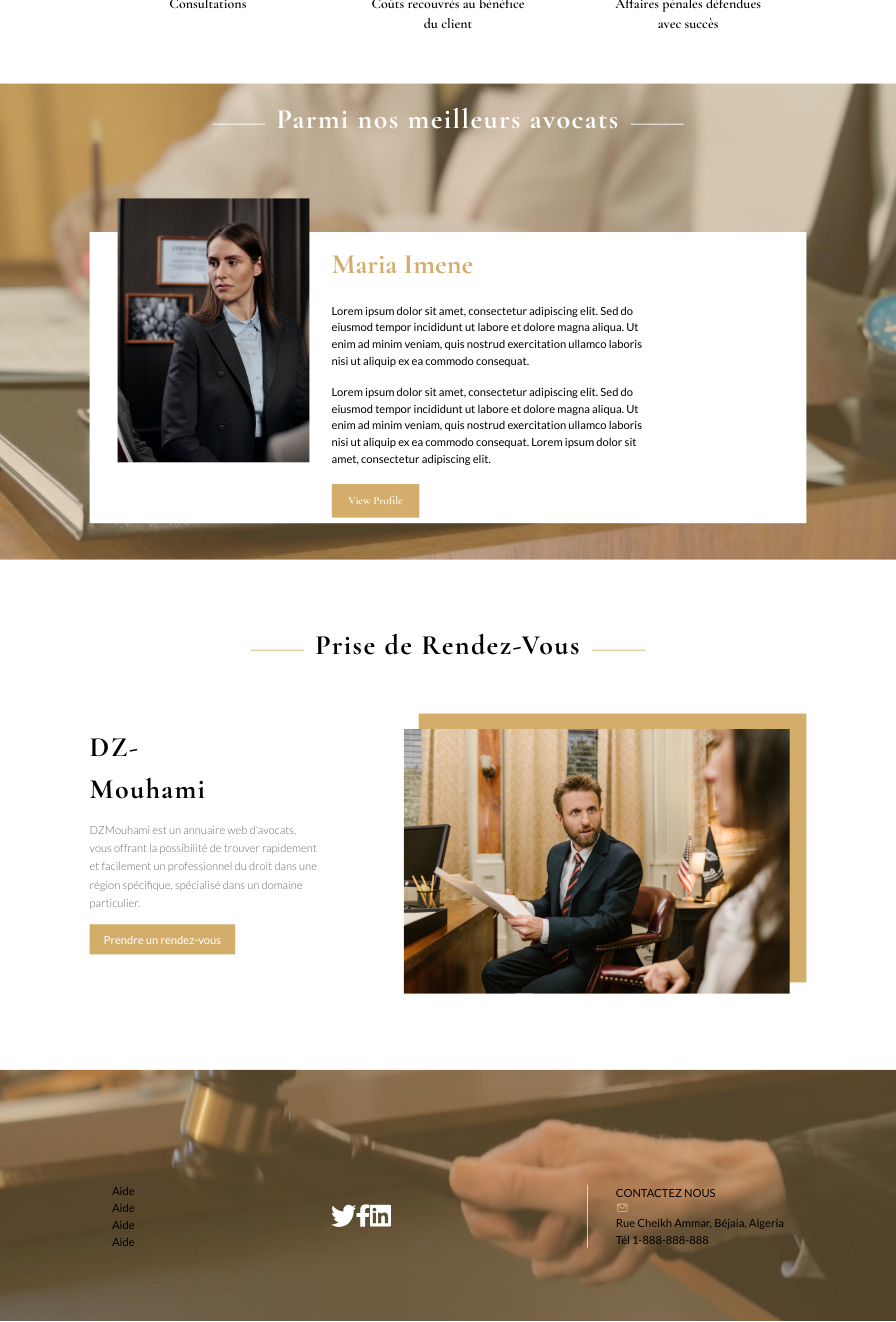
Repository: Chekrouba-Tinhinane/Mohami_dz
Page: / (app in client/)
The author's editor kept a copy of each file at every save. The page is drawn from the files as they stood at one save, then again after the next save.
The browser window is 1280 px wide. The pictures show the part of the page from y = 2348 to 4268 px (the page is 4236 px tall before and 4268 px after), at 70% of full size.
The project was rebuilt for these pictures with package versions that can differ from the ones it lists, and the page was loaded fresh each time. Also part of the build but not shown: client/vite.config.js, client/src/SignIn.jsx, client/src/components/Selector.jsx, client/src/components/SearchContainer.jsx, client/src/Search.jsx, client/src/components/super/HomeLayout.jsx, client/src/components/Profile.jsx.

Above is the page before, as saved 2024-01-25 18:07:46.

After the next save:
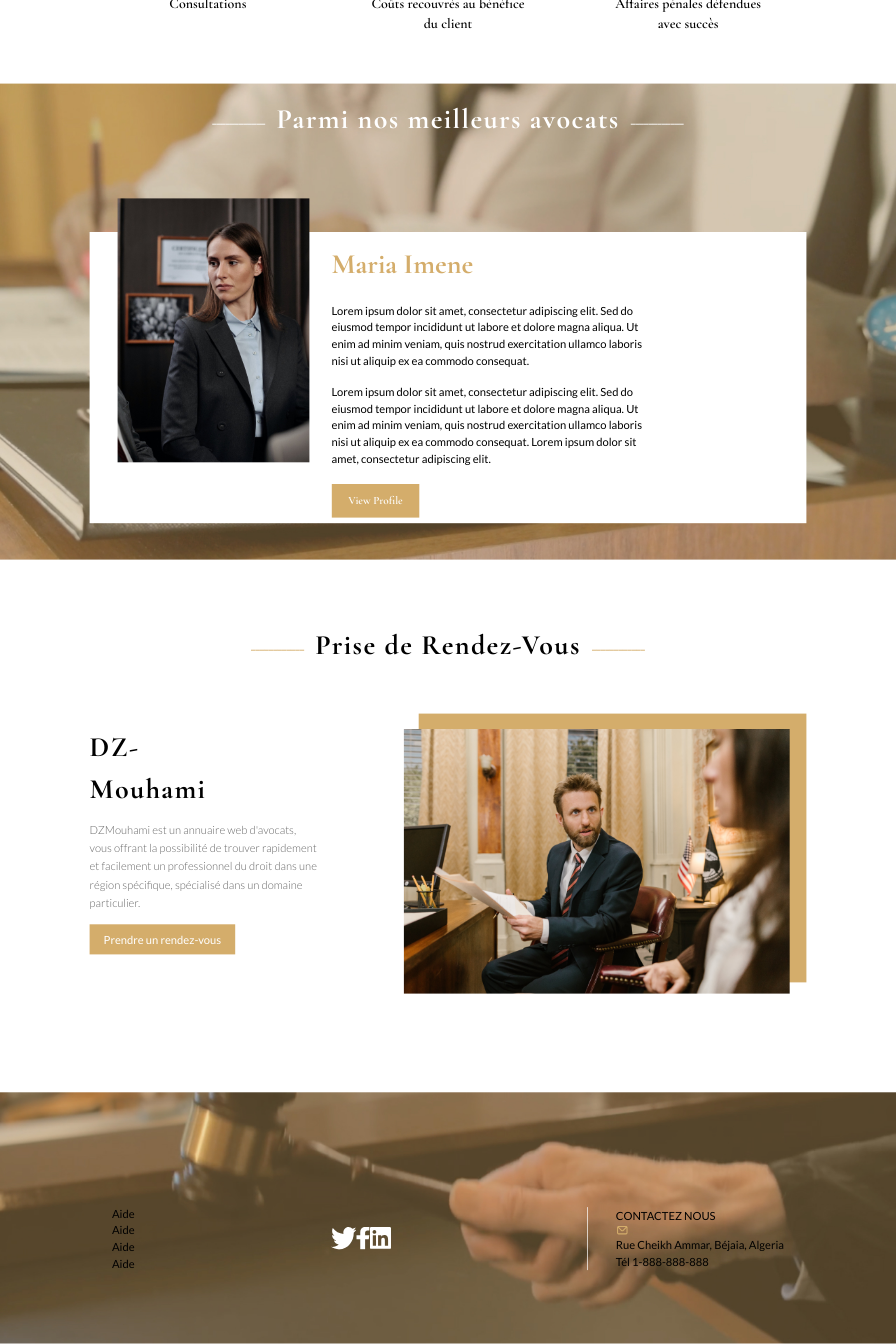
Saved 4 s later.
--- a/client/src/LandingPage.jsx
+++ b/client/src/LandingPage.jsx
@@ -272,7 +272,7 @@ function Footer() {
   return (
     <footer
       id="footer"
-      className="h-[300px] relative flex w-full justify-center items-center mt-[8rem]"
+      className="h-[300px] relative flex w-full justify-center items-center mt-[10rem]"
     >
       <img src={footer} alt="" className="w-full object-cover" />
       {/* sixth section */}
